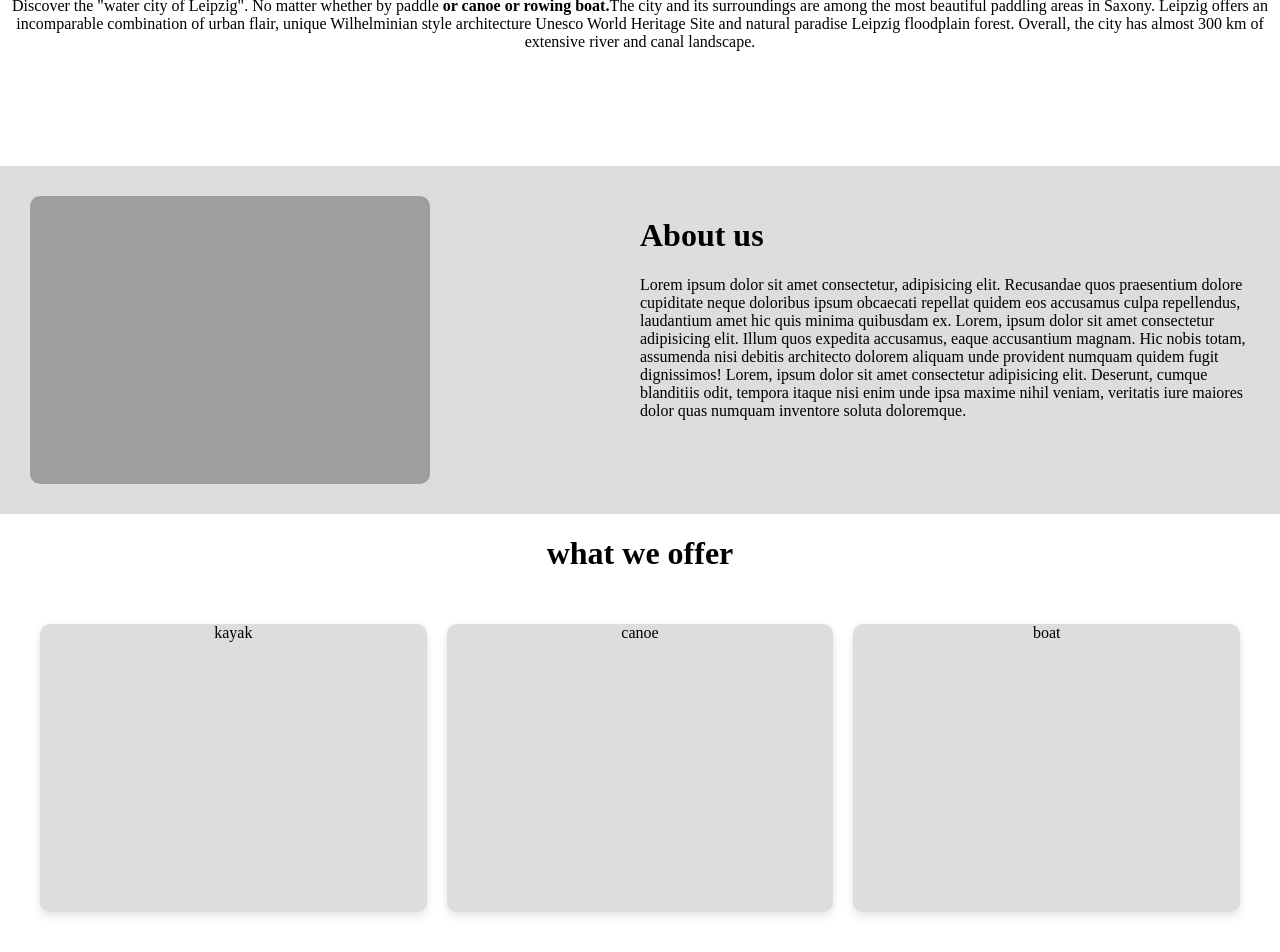
Repository: joseluis2289/Responsive-club-website
Page: index.html
An editor plug-in stored every save of this project. The page is shown before and after the next save, followed by the edit.
The browser window is 1280 px wide. The pictures show the part of the page from y = 840 to 1792 px (the page is 1792 px tall before and 1502 px after).
Pictures or frames that could not be fetched are drawn as grey boxes.

Above is the page before, as saved 2021-08-23 16:01:54.

### index.html
<!DOCTYPE html>
<html lang="en">
<head>
    <meta charset="UTF-8">
    <meta http-equiv="X-UA-Compatible" content="IE=edge">
    <meta name="viewport" content="width=device-width, initial-scale=1.0">
    <link rel="stylesheet" href="style.css">
    <script src="script.js" defer></script>
    <title>Responsive-Club-website</title>
</head>
<body>

    <nav class="navbar">
        <!-- hamburger toggle -->
        <div class="brand-title">Club-Website</div>
        <a href="#" class="toggle-button">
            <span class="bar"></span>
            <span class="bar"></span>
            <span class="bar"></span>
        </a>

        <div class="nav-links">
            <ul>
                <li><a href="#">Home</a></li>
                <li><a href="#">About</a></li>
                <li><a href="#">Contact</a></li>
            </ul>
        </div>
    </nav>
<div class="banner"></div>

<section class="welcome">
    <h1>Discover the city of Leipzig kayaking with us</h1>
    <p>Discover the "water city of Leipzig". No matter whether by paddle <strong>or canoe or rowing boat.</strong>The city and its surroundings are among the most beautiful paddling areas in Saxony. Leipzig offers an incomparable combination of urban flair, unique Wilhelminian style architecture Unesco World Heritage Site and natural paradise Leipzig floodplain forest. Overall, the city has almost 300 km of extensive river and canal landscape.</p>

</section>

<!-- about us section -->
<div class="grid-container-about">
    <img class="grid-item-img" src="./Cosmetics Discount Sale Landscape Banner.png" alt="">
    <div class="grid-item-text"><h1>About us</h1>Lorem ipsum dolor sit amet consectetur, adipisicing elit. Recusandae quos praesentium dolore cupiditate neque doloribus ipsum obcaecati repellat quidem eos accusamus culpa repellendus, laudantium amet hic quis minima quibusdam ex. Lorem, ipsum dolor sit amet consectetur adipisicing elit. Illum quos expedita accusamus, eaque accusantium magnam. Hic nobis totam, assumenda nisi debitis architecto dolorem aliquam unde provident numquam quidem fugit dignissimos! Lorem, ipsum dolor sit amet consectetur adipisicing elit. Deserunt, cumque blanditiis odit, tempora itaque nisi enim unde ipsa maxime nihil veniam, veritatis iure maiores dolor quas numquam inventore soluta doloremque.</div>
</div>

<h1 class="tittle-what-we-offer">what we offer</h1>
<section class="what-we-offer">
    <div class="kayak">kayak</div>
    <div class="canoe">canoe</div>
    <div class="boat">boat</div>
</section>
</body>
</html>

### style.css
*{
    box-sizing: border-box;
}

body{
    margin: 0;
    border: 0;
}

.navbar{
    display: flex;
    justify-content: space-between;
    align-items: center;
    background-color: #333;
    color: white;
    font-family: 'Poppins', san;

}

.brand-title{
    font-size: 1.6rem;
    margin: .5rem;
    text-transform: uppercase;
    letter-spacing: 4px;
    -webkit-box-shadow: 0 10px 6px -6px rgb(80, 73, 73);
    -moz-box-shadow:0 10px 6px -6px rgb(114, 110, 110);
    box-shadow: 0 10px 6px -6px rgb(136, 133, 133);
    border-radius:10px;
}

.nav-links ul {
    margin: 0;
    padding: 0;
    display: flex;
}
.nav-links li {
    list-style: none;
}

.nav-links li a {
    text-decoration: none;
    color: white;
    padding: 1rem;
    display: block;
}
.nav-links li:hover{
    background-color:#555;
}

.toggle-button {
    position: absolute;
    top: .75rem;
    right: 1rem;
    display: none;
    flex-direction: column;
    justify-content: space-between;
    width: 30px;
    height: 22px;
}

.toggle-button .bar {
    height: 3px;
    width: 100%;
    background-color: white;
    border-radius: 10px;
}

.banner{
    background-image: url("/Cosmetics\ Discount\ Sale\ Landscape\ Banner.png");
    background-repeat: no-repeat;
    background-position: cover;
    background-size: 100% 100vh;
    height: 100vh;
}

/* discover the city of Leipzig */
.welcome{
    text-align: center;
    height: 30vh;

}

.grid-container-about{
    background-color: #ddd;
    display: grid;
    grid-template-columns: 1fr 1fr;
    padding: 30px;
}
.grid-item-img{
    width: 400px;
    height: 40vh;
    border-radius:10px;

}
/* what we offer */
.tittle-what-we-offer{
    text-align: center;
}
.what-we-offer{
    display: grid;
    grid-template-columns: 1fr 1fr 1fr;
    padding: 20px;
    text-align: center;
    margin: 10px;
}
.kayak{
    background-image:url('./Cosmetics\ Discount\ Sale\ Landscape\ Banner.png');
    height: 40vh;
    margin: 10px;
    border-radius:10px;
    background: #ddd;
    box-shadow: 0 6px 10px rgba(14, 13, 13, 0.08), 0 0 6px rgba(0, 0, 0, 0.05);
    cursor: pointer;
}
.canoe{
    background-image:url('./Cosmetics\ Discount\ Sale\ Landscape\ Banner.png');
    height: 40vh;
    margin: 10px;
    border-radius:10px;
    background: #ddd;
    box-shadow: 0 6px 10px rgba(14, 13, 13, 0.08), 0 0 6px rgba(0, 0, 0, 0.05);
    cursor: pointer;
}
.boat{
    background-image:url('./Cosmetics\ Discount\ Sale\ Landscape\ Banner.png');
    height: 40vh;
    margin: 10px;
    border-radius:10px;
    background: #ddd;
    box-shadow: 0 6px 10px rgba(14, 13, 13, 0.08), 0 0 6px rgba(0, 0, 0, 0.05);
    cursor: pointer;
}

.boat.kayak.canoe:hover{
    border: navy solid 4px;
    transform: scale(1.05);
    box-shadow: 0 10px 20px rgba(0, 0, 0, 0.12), 0 4px 8px rgba(0, 0, 0, 0.06);
}


@media (max-width: 500px){
    .toggle-button{
        display: flex;
    }
    .nav-links{
          display: none;
         width: 100%;
    }
    .navbar{
        flex-direction: column;
        align-items: flex-start;
    }
    .nav-links ul {
        width: 100%;
        flex-direction: column;

    }
    .nav-links li {
        text-align: center;
    }
    .nav-links li a {
        padding: .5rem 1rem;
    }
    .nav-links.active{
        display: flex;

    }

}

### script.js
const toggleButton = document.getElementsByClassName("toggle-button")[0]
const navBarLinks = document.getElementsByClassName("nav-links")[0]

toggleButton.addEventListener("click", () =>{
    // toggle the active class so If the active class does exist it will add it and viceversa
    navBarLinks.classList.toggle("active")
}
)

After the next save:
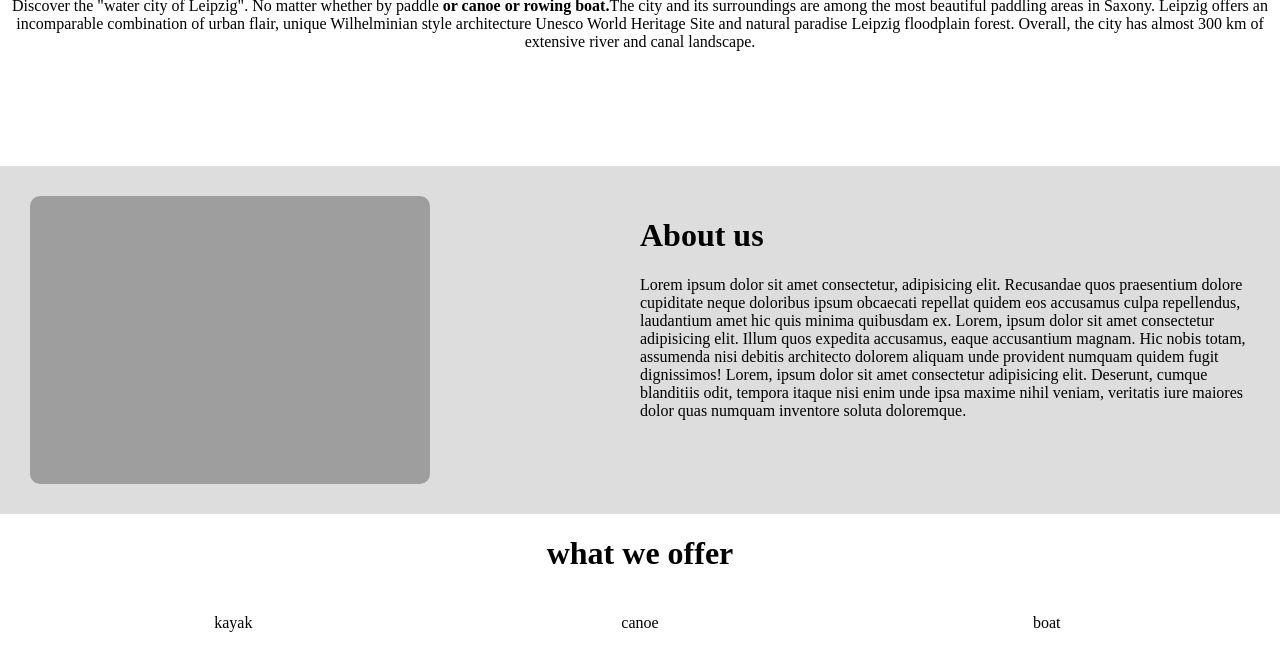
Saved 49 s later.
--- a/index.html
+++ b/index.html
@@ -43,9 +43,9 @@
 
 <h1 class="tittle-what-we-offer">what we offer</h1>
 <section class="what-we-offer">
-    <div class="kayak">kayak</div>
-    <div class="canoe">canoe</div>
-    <div class="boat">boat</div>
+    <div class="activity">kayak</div>
+    <div class="activity">canoe</div>
+    <div class="activity">boat</div>
 </section>
 </body>
 </html>

After the save that followed:
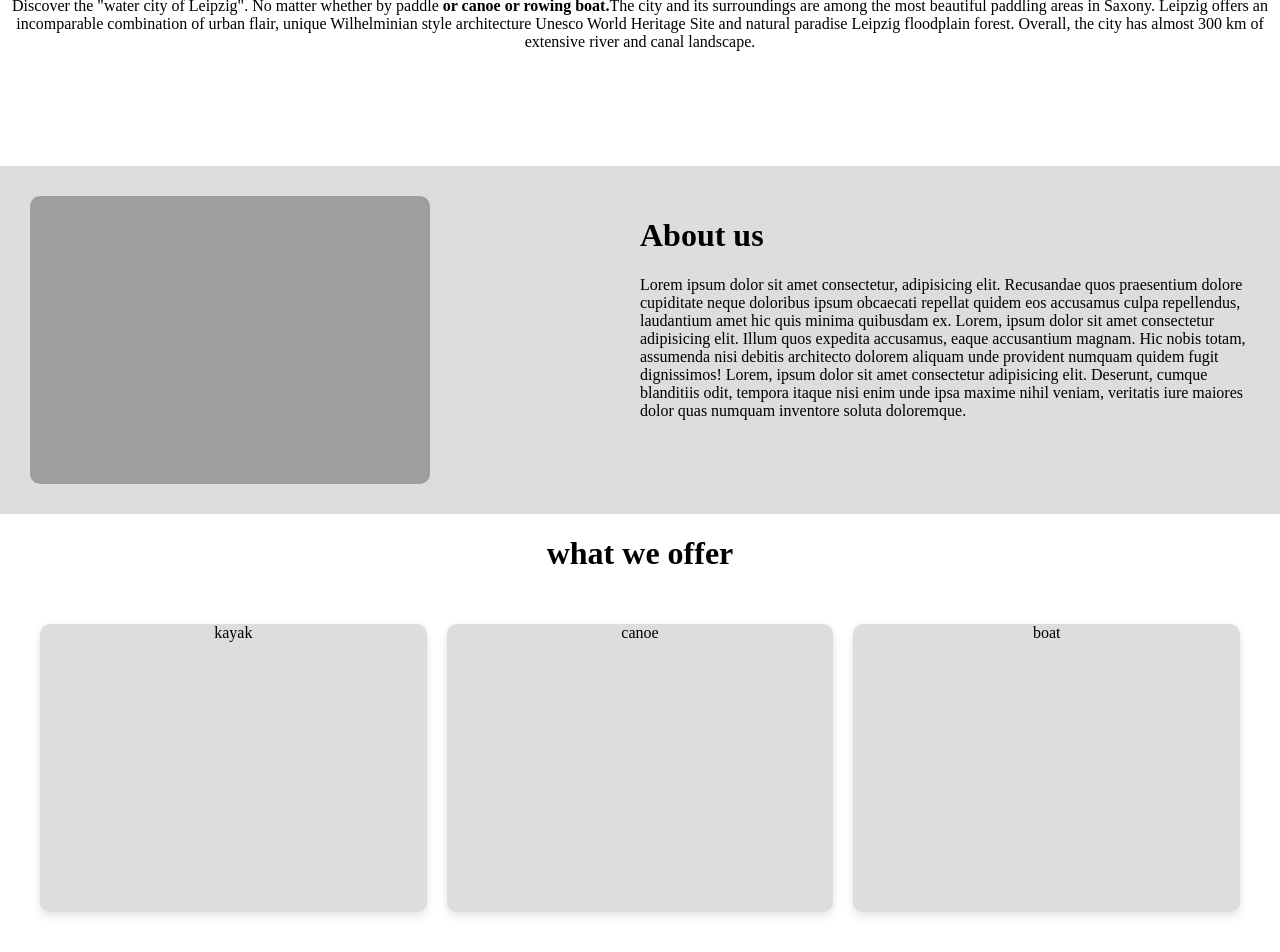
Saved 27 s later.
--- a/style.css
+++ b/style.css
@@ -103,25 +103,7 @@ body{
     text-align: center;
     margin: 10px;
 }
-.kayak{
-    background-image:url('./Cosmetics\ Discount\ Sale\ Landscape\ Banner.png');
-    height: 40vh;
-    margin: 10px;
-    border-radius:10px;
-    background: #ddd;
-    box-shadow: 0 6px 10px rgba(14, 13, 13, 0.08), 0 0 6px rgba(0, 0, 0, 0.05);
-    cursor: pointer;
-}
-.canoe{
-    background-image:url('./Cosmetics\ Discount\ Sale\ Landscape\ Banner.png');
-    height: 40vh;
-    margin: 10px;
-    border-radius:10px;
-    background: #ddd;
-    box-shadow: 0 6px 10px rgba(14, 13, 13, 0.08), 0 0 6px rgba(0, 0, 0, 0.05);
-    cursor: pointer;
-}
-.boat{
+.activity{
     background-image:url('./Cosmetics\ Discount\ Sale\ Landscape\ Banner.png');
     height: 40vh;
     margin: 10px;
@@ -131,7 +113,8 @@ body{
     cursor: pointer;
 }
 
-.boat.kayak.canoe:hover{
+
+.activity:hover{
     border: navy solid 4px;
     transform: scale(1.05);
     box-shadow: 0 10px 20px rgba(0, 0, 0, 0.12), 0 4px 8px rgba(0, 0, 0, 0.06);
